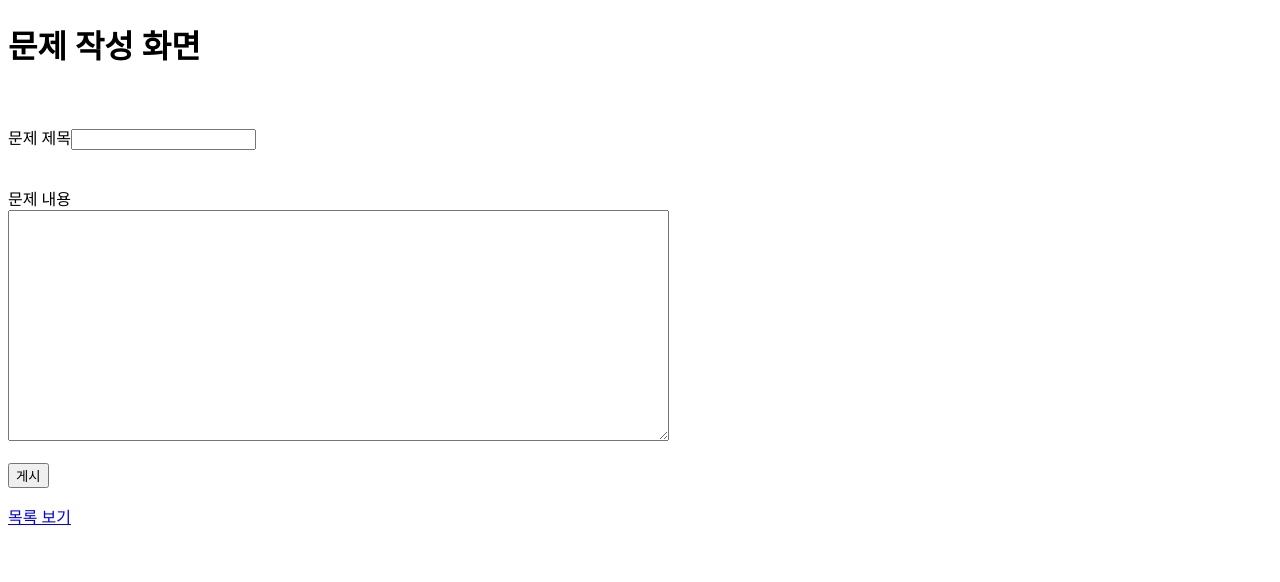
Repository: ryuhm48/Opensource-Project05
Page: http://localhost/Problems/Problems/ProblemWrite.jsp
The author's editor kept a copy of each file at every save. The page is drawn from the files as they stood at one save, then again after the next save.
The browser window is 1280 px wide. The pictures show the whole page.
The page is served by Tomcat 9. Other server files are loaded and not shown.

Above is the page before, as saved 2019-06-02 04:43:29.

### 문제 풀이 제출 추가/Problems/WebContent/Problems/ProblemWrite.jsp
<%@ page language="java" contentType="text/html; charset=UTF-8"
pageEncoding="UTF-8"%>

<!DOCTYPE html PUBLIC "-//W3C//DTD HTML 4.01Transitional//EN" "http://www.w3.org/TR/html4/loose.dtd">
<html>
<head>
<meta http-equiv="Content-Type" content = text/html; charset="UTF-8">
<title>문제 작성</title>
</head>
<body>
	<h1>문제 작성 화면</h1>

	<form action = "write.do" method = "post">
		<input type = "text" name = "studyNum" style = "display : none;" value = "1"><br/>
		<input type = "text" name = "problemNum2" style = "display : none;" value = "1"><br/>
		문제 제목<input type = "text" name = "problemName"><br/>
		<input type = "text" name = "problemLanguage" style = "display : none;" value = "C"><br/>
		<input type = "text" name = "writerName" style = "display : none;" value = "김경태"><br/>
		문제 내용<br/><textarea name = "problemContent" rows="15" cols="80"></textarea><br/><br/>
		<input type = "submit" value = "게시"></br>
	</form>

	<p><a href="list.do">목록 보기</a></p>

</body>
</html>

After the next save:
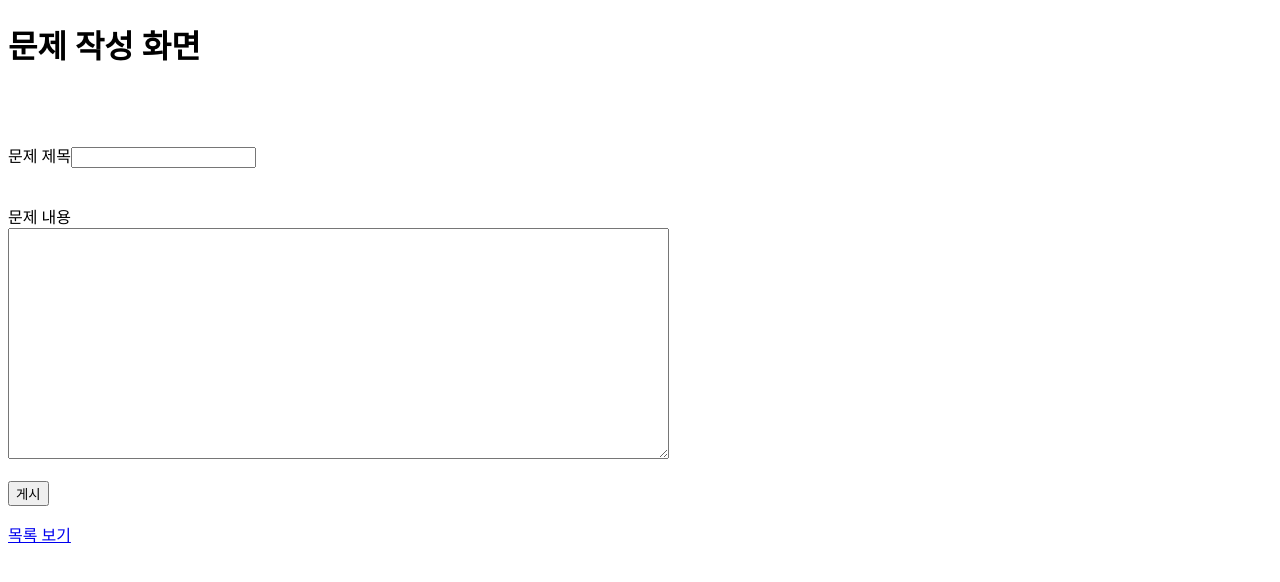
Saved 10 min 17 s later.
--- a/문제 풀이 제출 추가/Problems/WebContent/Problems/ProblemWrite.jsp
+++ b/문제 풀이 제출 추가/Problems/WebContent/Problems/ProblemWrite.jsp
@@ -11,6 +11,7 @@ pageEncoding="UTF-8"%>
 	<h1>문제 작성 화면</h1>
 
 	<form action = "write.do" method = "post">
+		<input type = "text" name = "problemNum1" style = "display : none;" value = "<% %>"><br/>
 		<input type = "text" name = "studyNum" style = "display : none;" value = "1"><br/>
 		<input type = "text" name = "problemNum2" style = "display : none;" value = "1"><br/>
 		문제 제목<input type = "text" name = "problemName"><br/>
